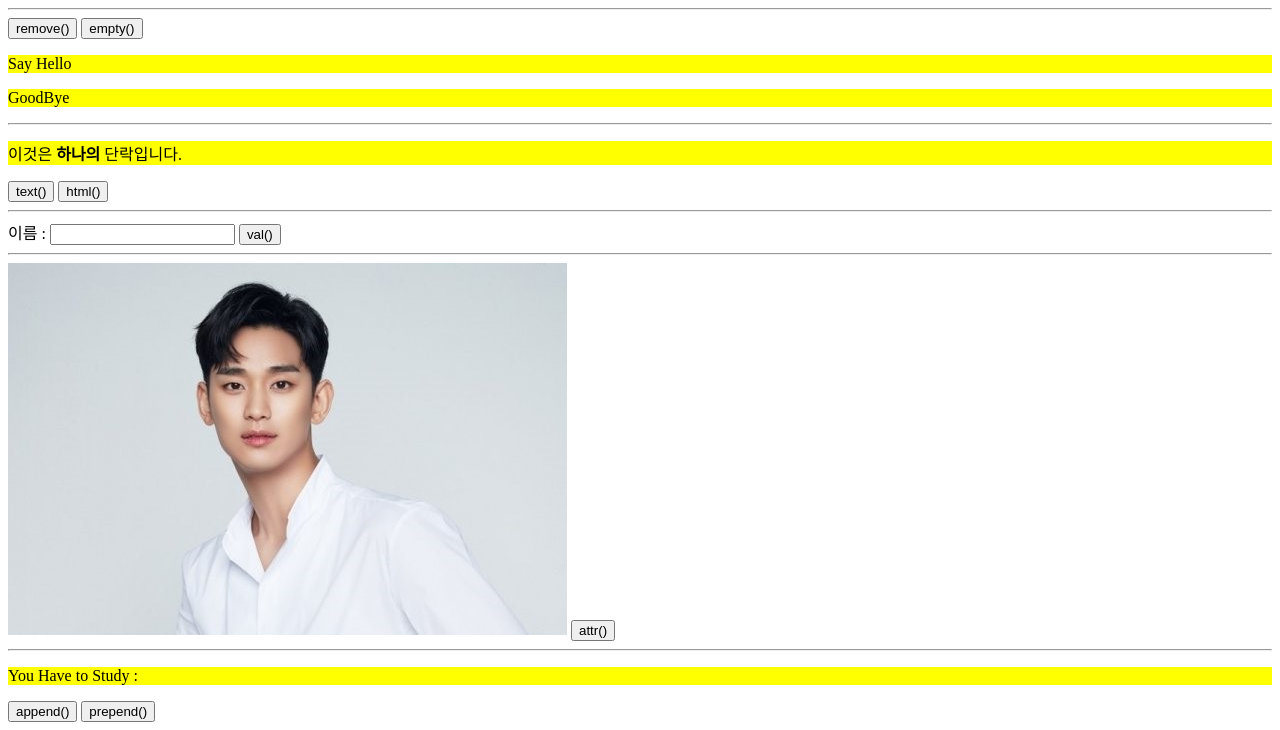
Repository: gpqls12321/public
Page: javascript_jquery/WebContent/jQuery_ex03.html
The author's editor kept a copy of each file at every save. The page is drawn from the files as they stood at one save, then again after the next save.
The browser window is 1280 px wide. The pictures show the whole page.

Above is the page before, as saved 2021-04-15 05:29:14.

### javascript_jquery/WebContent/jQuery_ex03.html
<!DOCTYPE html>
<html>
<head>
<meta charset="UTF-8">
<title>Insert title here</title>
<style type="text/css">
	p {
		background-color: yellow;
	}
</style>
<script type="text/javascript" src="js/jQuery3.x/jquery-3.6.0.js"></script>
<script type="text/javascript">
	$(document).ready(function() {

		$("#text").click(function() {
			alert($("#target").text());
		});

		$("#html").click(function() {
			alert($("#target").html());
		});

		$("#val").click(function() {
			alert($("#irum").val());
			console.log($("#irum").val());
		});

		$("#attr").click(function() {
			alert($("#kim").attr("src"));
		});

		$("#button1").click(function() {
			$("#append").append("<b style='color:red'>Yes Sir! </b>");
		});

		$("#button2").click(function() {
			$("#append").prepend("<b style='color: #d3d8ff'>Yes Sir! </b>");
		});


	});
</script>
</head>
<body>
	<hr>
	<button id="remove">remove()</button>
	<button id="empty">empty()</button>
	<br>
	<div class="container">
		<p class="hello">Say Hello</p>
		<p class="goodbye">GoodBye</p>
	</div>
	<hr>
	<p id="target">이것은 <strong>하나의</strong> 단락입니다.</p>
	<button id="text">text()</button>
	<button id="html">html()</button>
	<hr>
	이름 : <input type="text" id="irum">
	<button id="val">val()</button>
	<hr>
	<img id="kim" alt="김수현" src="images/김수현01.jpg" width="559px;" height="372px;">
	<button id="attr">attr()</button>
	<hr>
	<p id="append">You Have to Study : </p>
	<button id="button1">append()</button>
	<button id="button2">prepend()</button>

</body>
</html>

Loaded but not shown: javascript_jquery/WebContent/js/jQuery3.x/jquery-3.6.0.js (library)

After the next save:
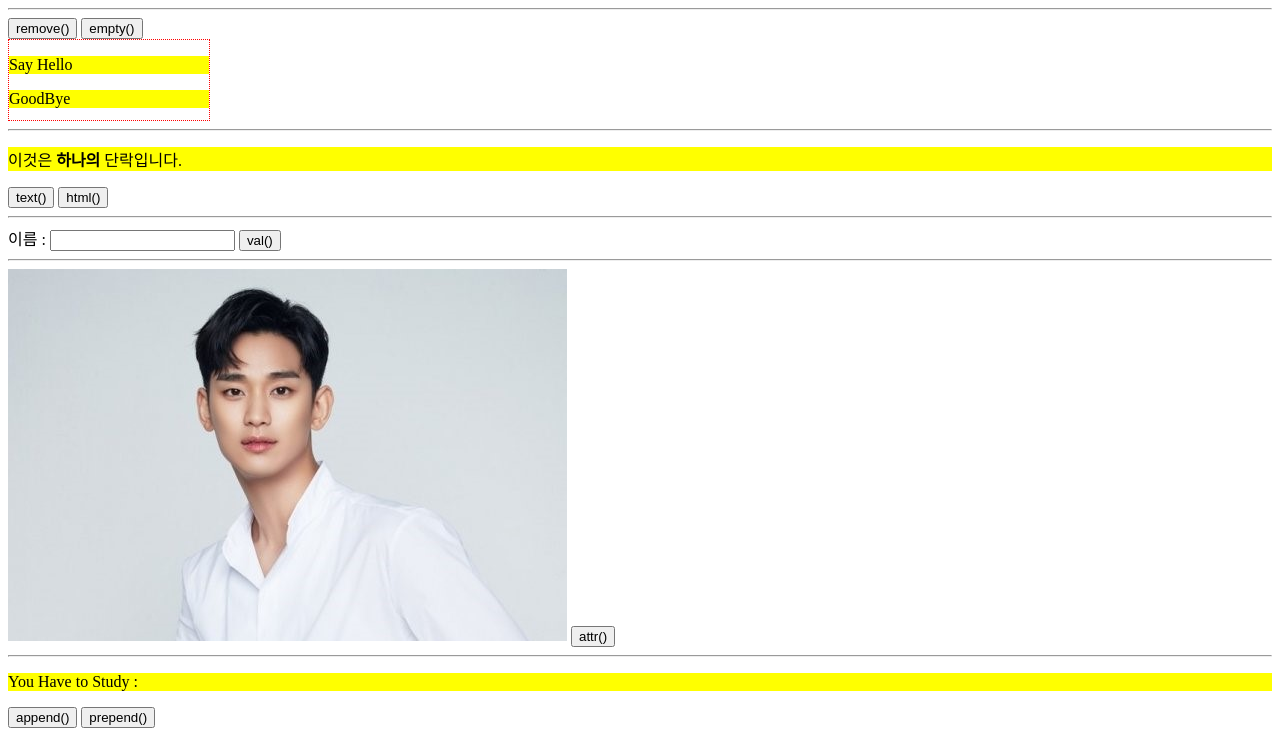
Saved 52 s later.
--- a/javascript_jquery/WebContent/jQuery_ex03.html
+++ b/javascript_jquery/WebContent/jQuery_ex03.html
@@ -6,6 +6,12 @@
 <style type="text/css">
 	p {
 		background-color: yellow;
+	}
+
+	.container {
+		height: 80px;
+		width: 200px;
+		border: 1px dotted red;
 	}
 </style>
 <script type="text/javascript" src="js/jQuery3.x/jquery-3.6.0.js"></script>
